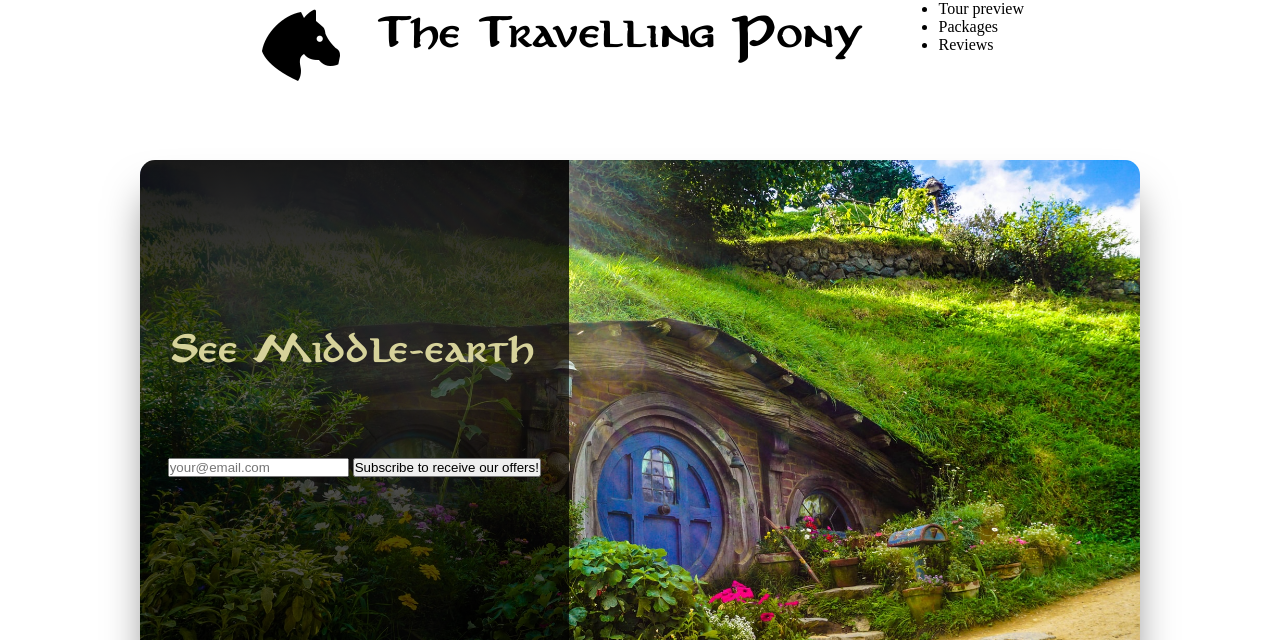
Repository: Colo-Codes/freecodecamp-03-Product-Landing-Page
Page: index.html
The author's editor kept a copy of each file at every save. The page is drawn from the files as they stood at one save, then again after the next save.
The browser window is 1280 px wide. The pictures show the part of the page from y = 0 to 640 px (the page is 1033 px tall).
A picture or video elsewhere on the page could not be fetched, so the positions and the page height are approximate.

Above is the page before, as saved 2021-05-19 18:31:16.

After the next save:
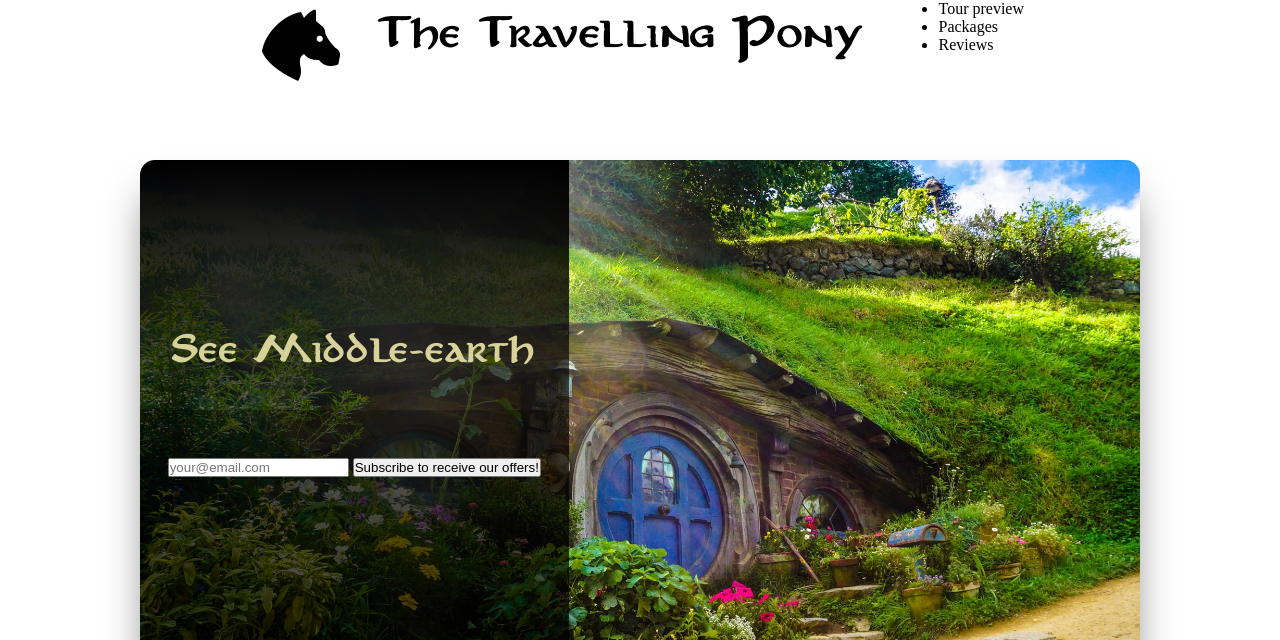
Saved 8 s later.
--- a/resources/css/index.css
+++ b/resources/css/index.css
@@ -58,7 +58,7 @@
 #subscribe h2 {
     grid-area: 1/1/2/2;
     /* background-color: rgba(0,0,0,.7); */
-    background-image: linear-gradient(to bottom, rgba(0,0,0,.9), rgba(0,0,0,.6));
+    background-image: linear-gradient(to bottom, rgba(0,0,0,1), rgba(0,0,0,.6));
     width: 100%;
     height: 100%;
     padding-top: 10rem;
